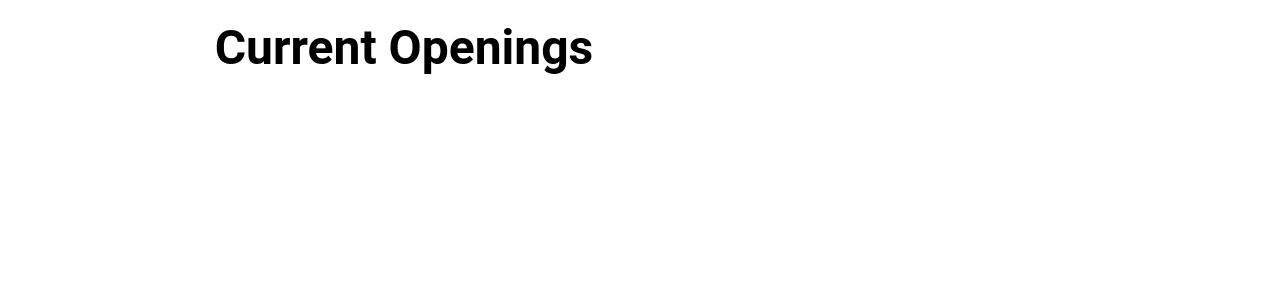
Repository: samihankuttan/technorix
Page: / (app in interview-test/)
An editor plug-in stored every save of this project. The page is shown before and after the next save, followed by the edit.
The browser window is 1280 px wide. The pictures show the whole page.
The project was rebuilt for these pictures with package versions that can differ from the ones it lists, and the page was loaded fresh each time.

Above is the page before, as saved 2022-07-20 22:38:51.

### interview-test/src/App.js
import './App.css';
import {Box,Grid,Typography} from '@mui/material';

function App() {
  return (
    <>
      <Box sx={{ flexGrow: 1 }}>
        <Grid container spacing={1}>
          <Grid item xs={12} sm={12} md={2} lg={2}></Grid>
          <Grid item xs={12} sm={12} md={8} lg={8}>
            <div style={{height:20}}>&nbsp;</div>
            <Grid container spacing={1}>
              <Grid item xs={12} sm={12} md={12} lg={12}>
                <Typography variant="h3" gutterBottom component="div" className='title1'>
                  Current Openings
                </Typography>
              </Grid>
            </Grid>


          </Grid>
          <Grid item xs={12} sm={12} md={2} lg={2}></Grid>
        </Grid>
      </Box>
    </>
  );
}

export default App;

### interview-test/src/App.css
.title1{
  letter-spacing: 1;
  font-weight: bold !important;
}

Loaded but not shown: interview-test/public/index.html (common file); interview-test/src/index.js (common file); interview-test/src/index.css (common file); interview-test/src/reportWebVitals.js (common file)

After the next save:
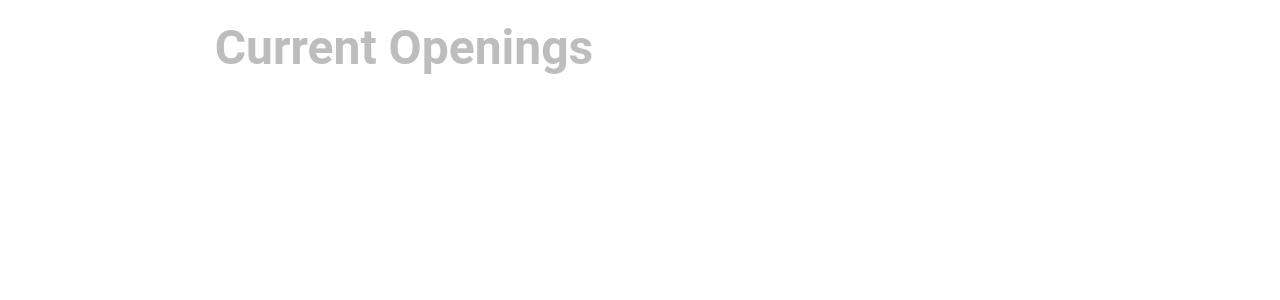
Saved 57 s later.
--- a/interview-test/src/App.css
+++ b/interview-test/src/App.css
@@ -1,4 +1,5 @@
 .title1{
   letter-spacing: 1;
   font-weight: bold !important;
+  color: #bdbdbd !important;
 }
